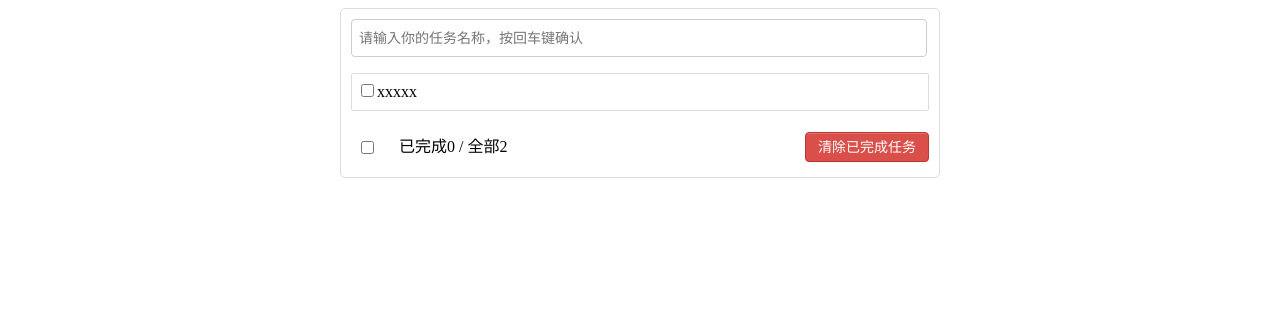
Repository: Crow7277/Vue2-
Page: /
An editor plug-in stored every save of this project. The page is shown before and after the next save, followed by the edit.
The browser window is 1280 px wide. The pictures show the whole page.
The project was rebuilt for these pictures with package versions that can differ from the ones it lists, and the page was loaded fresh each time. Also part of the build but not shown: vue.config.js.

Above is the page before, as saved 2022-04-02 20:40:17.

### public/index.html
<!DOCTYPE html>
<html lang="">

<head>
  <meta charset="utf-8">
  <!-- 针对IE浏览器，让IE浏览器以最高的渲染级别渲染页面 -->
  <meta http-equiv="X-UA-Compatible" content="IE=edge">
  <!-- 开启移动端的理想视口 -->
  <meta name="viewport" content="width=device-width,initial-scale=1.0">
  <!-- 页签图标 -->
  <!-- <%= BASE_URL %>表示public文件夹所在路径 -->
  <link rel="icon" href="<%= BASE_URL %>favicon.ico">
  <title>
    <%= htmlWebpackPlugin.options.title %>
  </title>
</head>

<body>
  <!-- 当浏览器不支持js时，浏览器就会显示noscript中的内容 -->
  <noscript>
    <strong>We're sorry but <%= htmlWebpackPlugin.options.title %> doesn't work properly without JavaScript enabled.
        Please enable it to continue.</strong>
  </noscript>
  <!-- 容器 -->
  <div id="app"></div>
  <!-- built files will be auto injected -->
</body>

</html>

### src/main.js
// 引入Vue
import Vue from 'vue';
// 引入App
import App from './App.vue';

// 关闭生产环境提示
Vue.config.productionTip = false;

// 创建Vue
new Vue({
    el: '#app',
    render: h => h(App),
});

### src/App.vue
<template>
    <div id="root">
        <div class="todo-container">
            <div class="todo-wrap">
                <MyHeader />
                <MyList />
                <MyFooter />
            </div>
        </div>
    </div>
</template>

<script>
// 引入Student组件
import MyHeader from './components/MyHeader.vue';
import MyList from './components/MyList.vue';
import MyFooter from './components/MyFooter.vue';

export default {
    name: 'App',
    data() {
        return {
            msg: '欢迎学习Vue',
        };
    },
    components: {
        MyHeader,
        MyList,
        MyFooter,
    },
};
</script>
<style lang="css">
/*base*/
body {
    background: #fff;
}

.btn {
    display: inline-block;
    padding: 4px 12px;
    margin-bottom: 0;
    font-size: 14px;
    line-height: 20px;
    text-align: center;
    vertical-align: middle;
    cursor: pointer;
    box-shadow: inset 0 1px 0 rgba(255, 255, 255, 0.2), 0 1px 2px rgba(0, 0, 0, 0.05);
    border-radius: 4px;
}

.btn-danger {
    color: #fff;
    background-color: #da4f49;
    border: 1px solid #bd362f;
}

.btn-danger:hover {
    color: #fff;
    background-color: #bd362f;
}

.btn:focus {
    outline: none;
}

.todo-container {
    width: 600px;
    margin: 0 auto;
}
.todo-container .todo-wrap {
    padding: 10px;
    border: 1px solid #ddd;
    border-radius: 5px;
}
</style>

### src/components/MyHeader.vue
<template>
    <div class="todo-header">
        <input type="text" placeholder="请输入你的任务名称，按回车键确认" />
    </div>
</template>

<script>
export default {
    name: 'MyHeader',
};
</script>

<style scoped>
/*header*/
.todo-header input {
    width: 560px;
    height: 28px;
    font-size: 14px;
    border: 1px solid #ccc;
    border-radius: 4px;
    padding: 4px 7px;
}

.todo-header input:focus {
    outline: none;
    border-color: rgba(82, 168, 236, 0.8);
    box-shadow: inset 0 1px 1px rgba(0, 0, 0, 0.075), 0 0 8px rgba(82, 168, 236, 0.6);
}
</style>

### src/components/MyList.vue
<template>
    <ul class="todo-main">
        <MyItem />
    </ul>
</template>

<script>
import MyItem from './MyItem.vue';
export default {
    name: 'MyList',
    components: { MyItem },
};
</script>

<style scoped>
/*main*/
.todo-main {
    margin-left: 0px;
    border: 1px solid #ddd;
    border-radius: 2px;
    padding: 0px;
}

.todo-empty {
    height: 40px;
    line-height: 40px;
    border: 1px solid #ddd;
    border-radius: 2px;
    padding-left: 5px;
    margin-top: 10px;
}
</style>

### src/components/MyFooter.vue
<template>
    <div class="todo-footer">
        <label>
            <input type="checkbox" />
        </label>
        <span>
            <span>已完成0</span>
            / 全部2
        </span>
        <button class="btn btn-danger">清除已完成任务</button>
    </div>
</template>

<script>
export default {
    name: 'MyFooter',
};
</script>

<style scoped>
/*footer*/
.todo-footer {
    height: 40px;
    line-height: 40px;
    padding-left: 6px;
    margin-top: 5px;
}

.todo-footer label {
    display: inline-block;
    margin-right: 20px;
    cursor: pointer;
}

.todo-footer label input {
    position: relative;
    top: -1px;
    vertical-align: middle;
    margin-right: 5px;
}

.todo-footer button {
    float: right;
    margin-top: 5px;
}
</style>

### src/components/MyItem.vue
<template>
    <li>
        <label>
            <input type="checkbox" />
            <span>xxxxx</span>
        </label>
        <button class="btn btn-danger" style="display: none">删除</button>
    </li>
</template>

<script>
export default {
    name: 'MyItem',
};
</script>

<style scoped>
/*item*/
li {
    list-style: none;
    height: 36px;
    line-height: 36px;
    padding: 0 5px;
    border-bottom: 1px solid #ddd;
}

li label {
    float: left;
    cursor: pointer;
}

li label li input {
    vertical-align: middle;
    margin-right: 6px;
    position: relative;
    top: -1px;
}

li button {
    float: right;
    display: none;
    margin-top: 3px;
}

li:before {
    content: initial;
}

li:last-child {
    border-bottom: none;
}
</style>

After the next save:
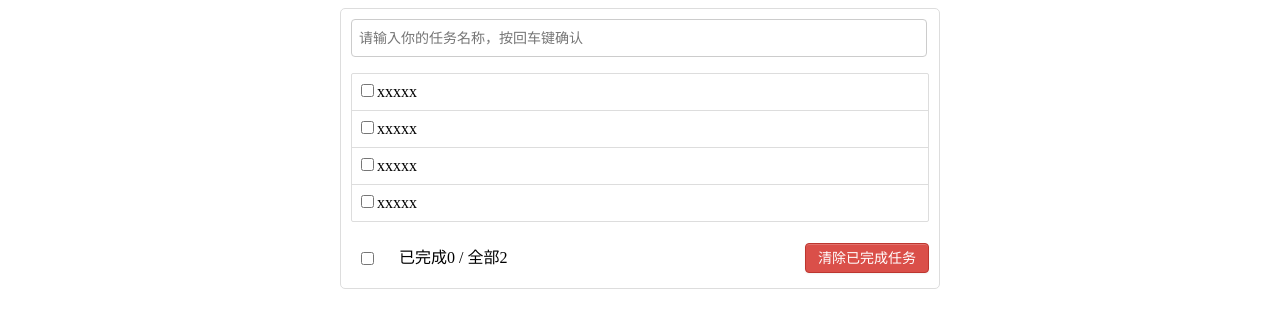
Saved 43 s later.
--- a/src/components/MyList.vue
+++ b/src/components/MyList.vue
@@ -1,5 +1,8 @@
 <template>
     <ul class="todo-main">
+        <MyItem />
+        <MyItem />
+        <MyItem />
         <MyItem />
     </ul>
 </template>
